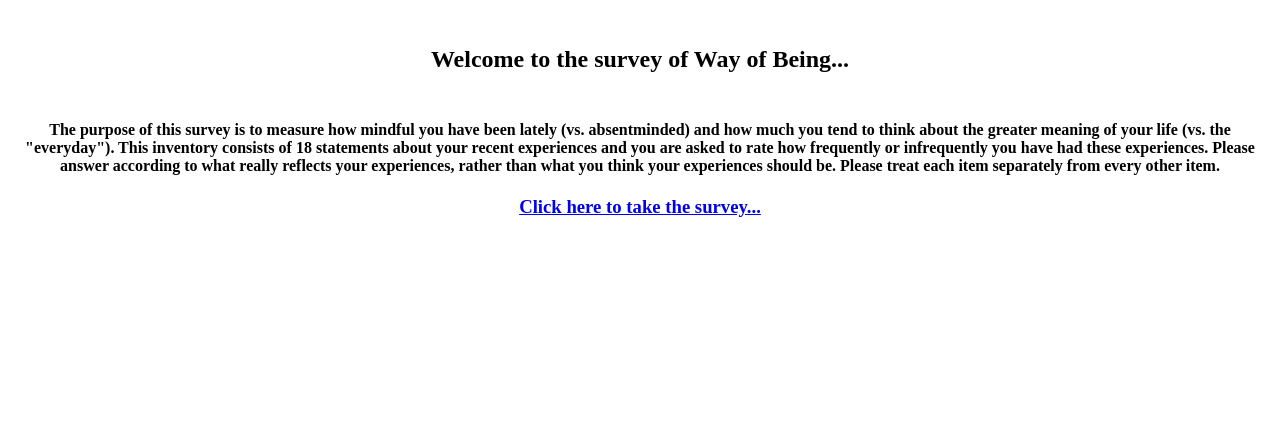
Repository: onlinechetan/WayOfBeing
Page: http://localhost/wayofbeing/
An editor plug-in stored every save of this project. The page is shown before and after the next save, followed by the edit.
The browser window is 1280 px wide. The pictures show the whole page.
The page is served by Tomcat 9. Other server files are loaded and not shown.

Above is the page before, as saved 2015-11-07 21:35:38.

### wayofbeing/WebContent/index.jsp
<html>
<head>
<title>Way of Being!!! </title>
<style type="text/css">

</style>
</head>
<body>
	<br>
	<div style="text-align:center">
		<h2>
			Welcome to the survey of Way of Being...<br> <br>
		</h2>
		<h4>
		The purpose of this survey is to measure how mindful you have been lately (vs. absentminded) and how much you tend to think about the greater meaning of your life (vs. the "everyday"). This inventory consists of 18 statements about your recent experiences and you are asked to rate how frequently or infrequently you have had these experiences. Please answer according to what really reflects your experiences, rather than what you think your experiences should be. Please treat each item separately from every other item.
		</h4>
		<h3>
			<a href="welcome.jsp">Click here to take the survey... </a>
		</h3>
	</div>
</body>
</html>

After the next save:
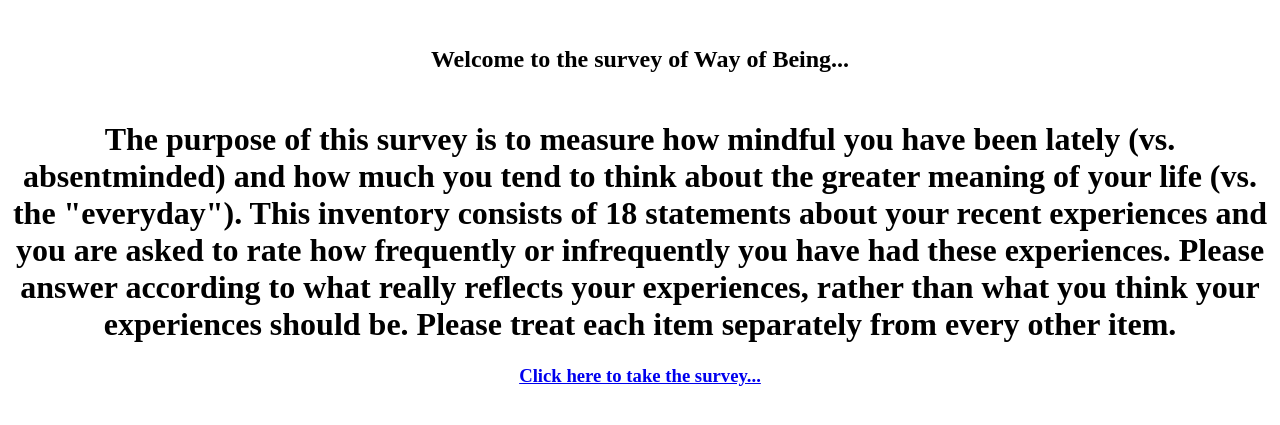
Saved 19 s later.
--- a/wayofbeing/WebContent/index.jsp
+++ b/wayofbeing/WebContent/index.jsp
@@ -11,9 +11,9 @@
 		<h2>
 			Welcome to the survey of Way of Being...<br> <br>
 		</h2>
-		<h4>
+		<h1>
 		The purpose of this survey is to measure how mindful you have been lately (vs. absentminded) and how much you tend to think about the greater meaning of your life (vs. the "everyday"). This inventory consists of 18 statements about your recent experiences and you are asked to rate how frequently or infrequently you have had these experiences. Please answer according to what really reflects your experiences, rather than what you think your experiences should be. Please treat each item separately from every other item.
-		</h4>
+		</h1>
 		<h3>
 			<a href="welcome.jsp">Click here to take the survey... </a>
 		</h3>
